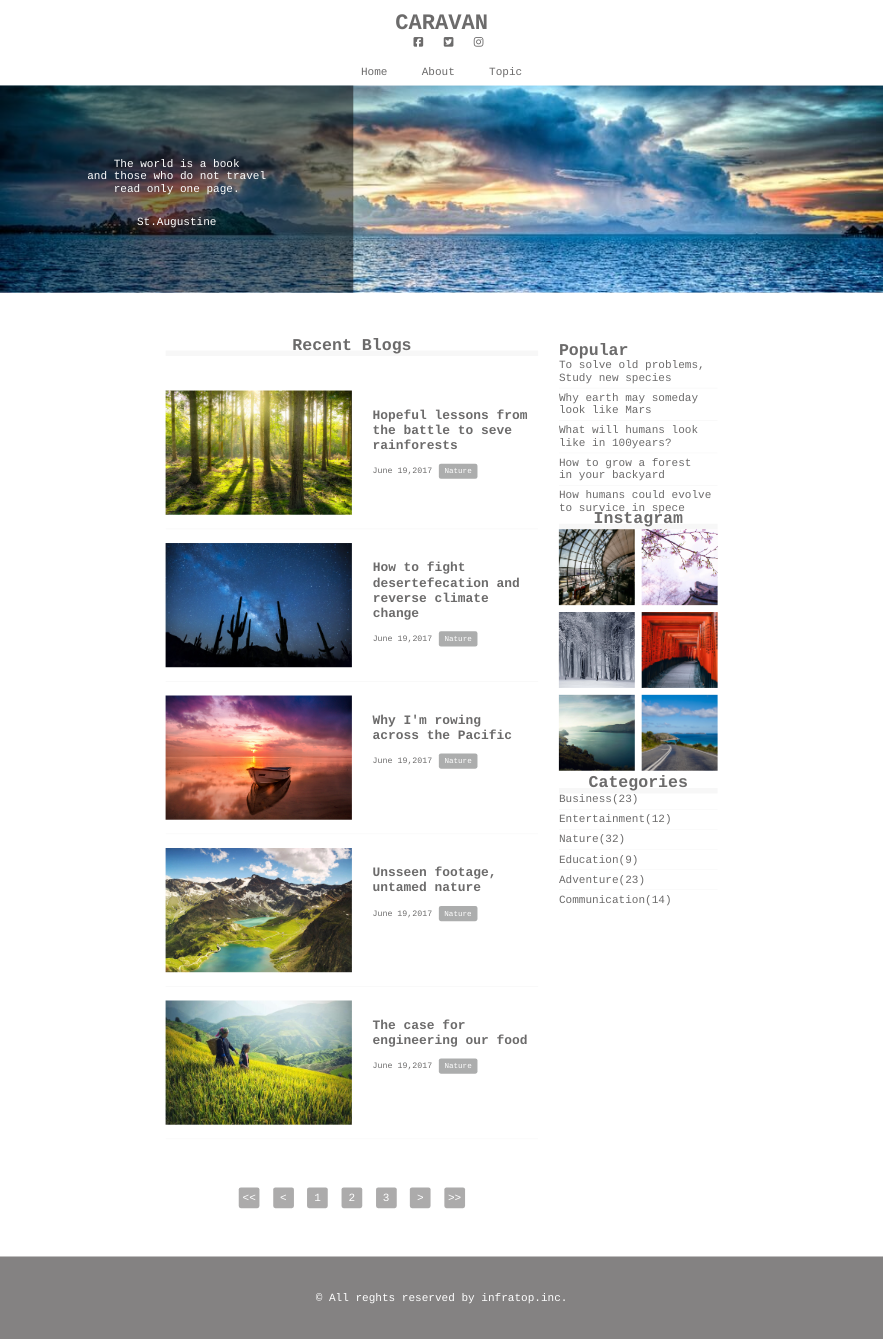
Repository: HayatoTakaha/bookers2-debug
Page: caravan/index.html
The author's editor kept a record of every edit. The page is drawn from the files as they stood at one moment, then again after the next edit.
The browser window is 1280 px wide. The pictures show the whole page, at 69% of full size.
Some web libraries are served in a nearby version.

Above is the page before.

After the next edit:
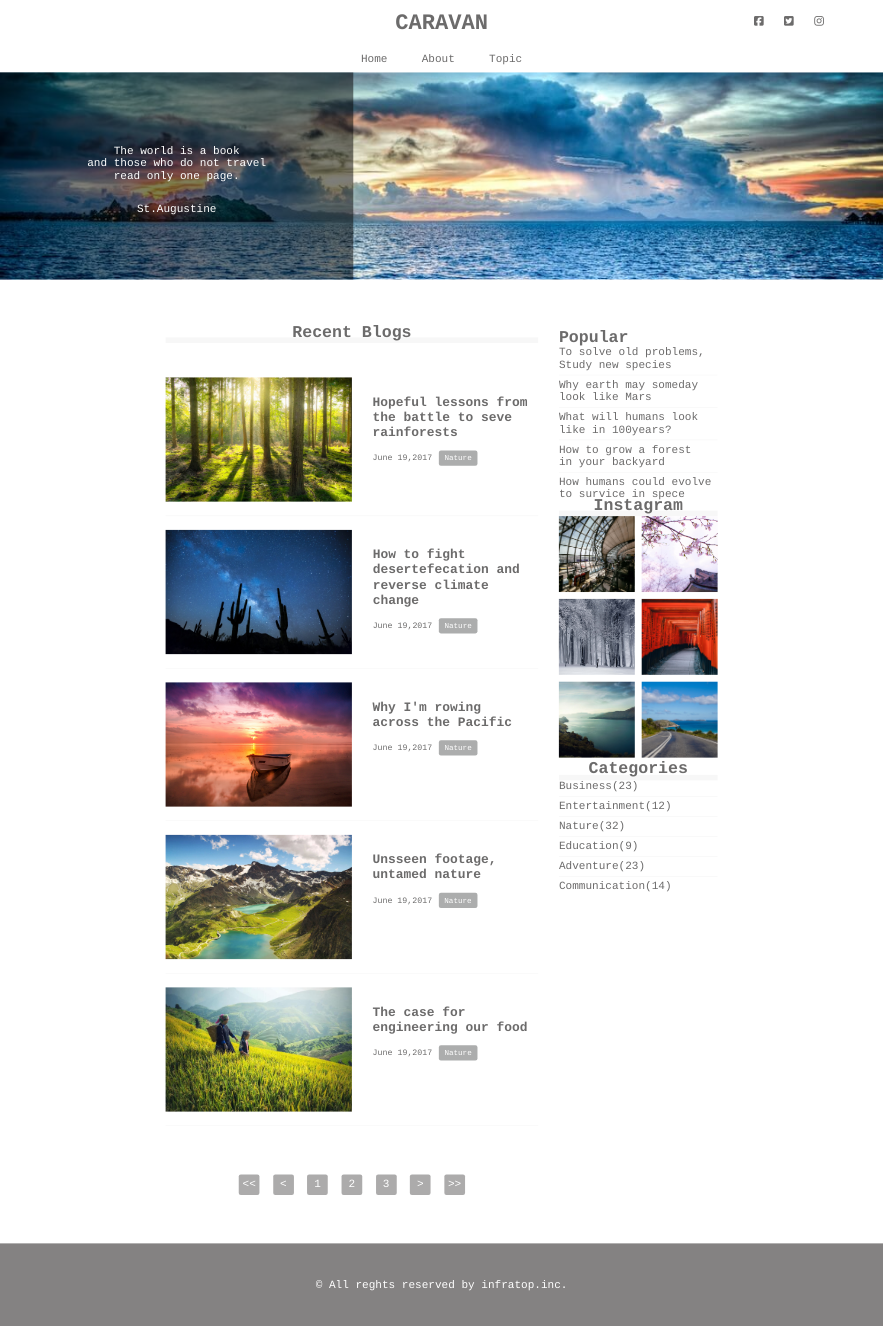
The edit:
--- a/caravan/style.css
+++ b/caravan/style.css
@@ -15,10 +15,16 @@
   padding: 15px 0 ;
   margin: 0 auto;
   text-align: center;
+  position: relative; /* #socialの基準位置を相対位置へ変更する */
 }
 .social i {
   display: inline-block;
   margin-left: 20px;
+}
+.social {
+  position: absolute; /* headerの左上を基準に絶対位置で指定する */
+  top: 22px; /* headerの左上から22px下側へ移動する */
+  right: 22px; /* headerの右上から22px左側へ移動する */
 }
 header .heading{
   font-size: 32px;
